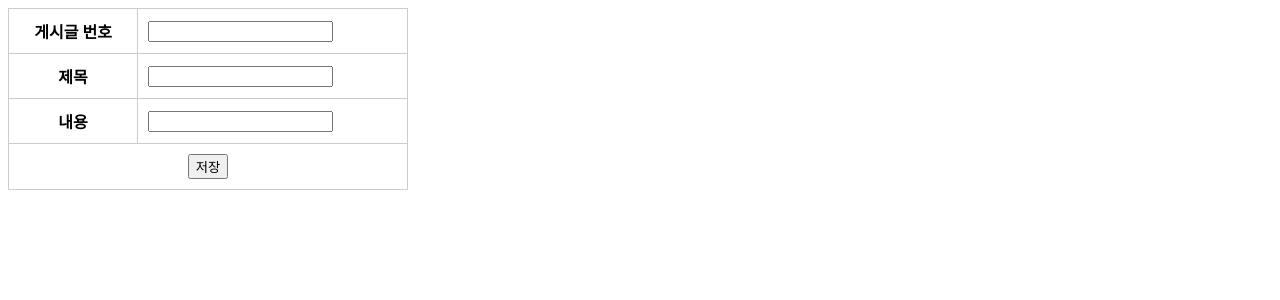
Repository: dnjfvnf123/eGovframework
Page: http://localhost/myproject1/board/boardWrite.jsp
An editor plug-in stored every save of this project. The page is shown before and after the next save, followed by the edit.
The browser window is 1280 px wide. The pictures show the whole page.
The page is served by Tomcat 9. Nobody is signed in. The application's start-up code is not run. Other server files are loaded and not shown.

Above is the page before, as saved 2024-02-05 06:17:15.

### myproject1/src/main/webapp/board/boardWrite.jsp
<%@ page language="java" contentType="text/html; charset=UTF-8"
    pageEncoding="UTF-8"%>
<!DOCTYPE html PUBLIC "-//W3C//DTD HTML 4.01 Transitional//EN" "http://www.w3.org/TR/html4/loose.dtd">
<html>
<head>
<meta http-equiv="Content-Type" content="text/html; charset=UTF-8">
<title>Insert title here</title>
</head>
<style>
table {
	width:400px;
 	border-collapse:collapse; /* cell 사이 간격을 없앰 */
}
th, td {
    border: 1px solid #cccccc;
    padding: 10px; /* Adjust the padding according to your preference */
    text-align: ; /* Align text to the left for better readability */
}
</style>

<body>

<form name="frm" method = "post" action = "">
<table>
	<tr>
		<th>게시글 번호</th>
		<td><input type ="text" name = "deptno"></td>
	</tr>

	<tr>
		<th>제목</th>
		<td><input type ="text" name = "title"></td>
	</tr>

	<tr>
		<th>내용</th>
		<td><input type ="text" name = "content"></td>
	</tr>

	<tr>
		<th colspan = "2">
		<button type = "submit">저장</button>
		</th>
	</tr>
</table>
</form>

</body>
</html>

After the next save:
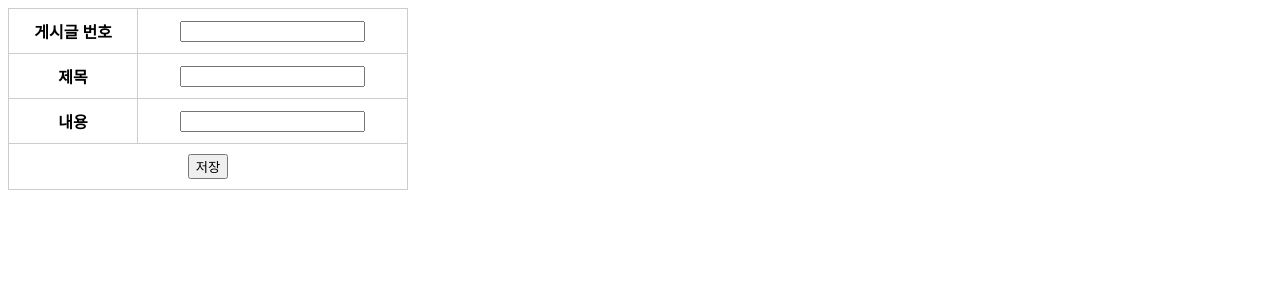
Saved 4 s later.
--- a/myproject1/src/main/webapp/board/boardWrite.jsp
+++ b/myproject1/src/main/webapp/board/boardWrite.jsp
@@ -14,7 +14,7 @@ table {
 th, td {
     border: 1px solid #cccccc;
     padding: 10px; /* Adjust the padding according to your preference */
-    text-align: ; /* Align text to the left for better readability */
+    text-align: center; /* Align text to the left for better readability */
 }
 </style>
 
